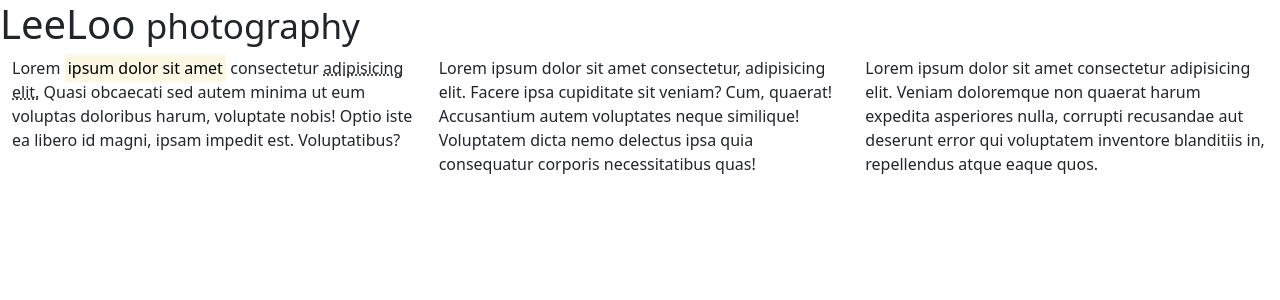
Repository: Zyzik-33/bootstrap-test
Page: index.html
An editor plug-in stored every save of this project. The page is shown before and after the next save, followed by the edit.
The browser window is 1280 px wide. The pictures show the whole page.

Above is the page before, as saved 2021-01-27 14:34:27.

### index.html
<!DOCTYPE html>
<html lang="en">
<head>
  <title>LeeLoo</title>
  <meta charset="UTF-8">
  <meta name="viewport" content="width=device-width, initial-scale=1.0">
  <link href="https://cdn.jsdelivr.net/npm/bootstrap@5.0.0-beta1/dist/css/bootstrap.min.css" rel="stylesheet" integrity="sha384-giJF6kkoqNQ00vy+HMDP7azOuL0xtbfIcaT9wjKHr8RbDVddVHyTfAAsrekwKmP1" crossorigin="anonymous">
  <script src="https://ajax.googleapis.com/ajax/libs/jquery/3.5.1/jquery.min.js"></script>
  <script src="https://cdn.jsdelivr.net/npm/bootstrap@5.0.0-beta1/dist/js/bootstrap.bundle.min.js" integrity="sha384-ygbV9kiqUc6oa4msXn9868pTtWMgiQaeYH7/t7LECLbyPA2x65Kgf80OJFdroafW" crossorigin="anonymous"></script>
</head>
<body>
  <h1>LeeLoo <small>photography</small> </h1>
  <div class="container-fluid">

    <div class="row">
      <div class="col-lg-4">Lorem <mark>ipsum dolor sit amet</mark> consectetur <abbr title="Explanation">adipisicing elit.</abbr> Quasi obcaecati sed autem minima ut eum voluptas doloribus harum, voluptate nobis! Optio iste ea libero id magni, ipsam impedit est. Voluptatibus?</div>
      <div class="col-lg-4">
        <blockquote>
          <p>
            Lorem ipsum dolor sit amet consectetur, adipisicing elit. Facere ipsa cupiditate sit veniam? Cum, quaerat! Accusantium autem voluptates neque similique! Voluptatem dicta nemo delectus ipsa quia consequatur corporis necessitatibus quas!
          </p>
        </blockquote>
      </div>
      <div class="col-lg-4">Lorem ipsum dolor sit amet consectetur adipisicing elit. Veniam doloremque non quaerat harum expedita asperiores nulla, corrupti recusandae aut deserunt error qui voluptatem inventore blanditiis in, repellendus atque eaque quos.</div>
    </div>
  </div>
</body>
</html>

After the next save:
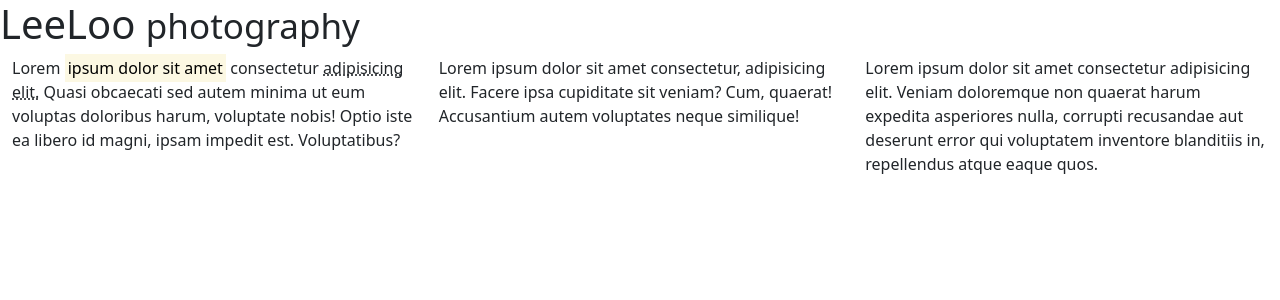
Saved 46 s later.
--- a/index.html
+++ b/index.html
@@ -17,8 +17,10 @@
       <div class="col-lg-4">
         <blockquote>
           <p>
-            Lorem ipsum dolor sit amet consectetur, adipisicing elit. Facere ipsa cupiditate sit veniam? Cum, quaerat! Accusantium autem voluptates neque similique! Voluptatem dicta nemo delectus ipsa quia consequatur corporis necessitatibus quas!
+            Lorem ipsum dolor sit amet consectetur, adipisicing elit. Facere ipsa cupiditate sit veniam? Cum, quaerat!
+             Accusantium autem voluptates neque similique!
           </p>
+
         </blockquote>
       </div>
       <div class="col-lg-4">Lorem ipsum dolor sit amet consectetur adipisicing elit. Veniam doloremque non quaerat harum expedita asperiores nulla, corrupti recusandae aut deserunt error qui voluptatem inventore blanditiis in, repellendus atque eaque quos.</div>
